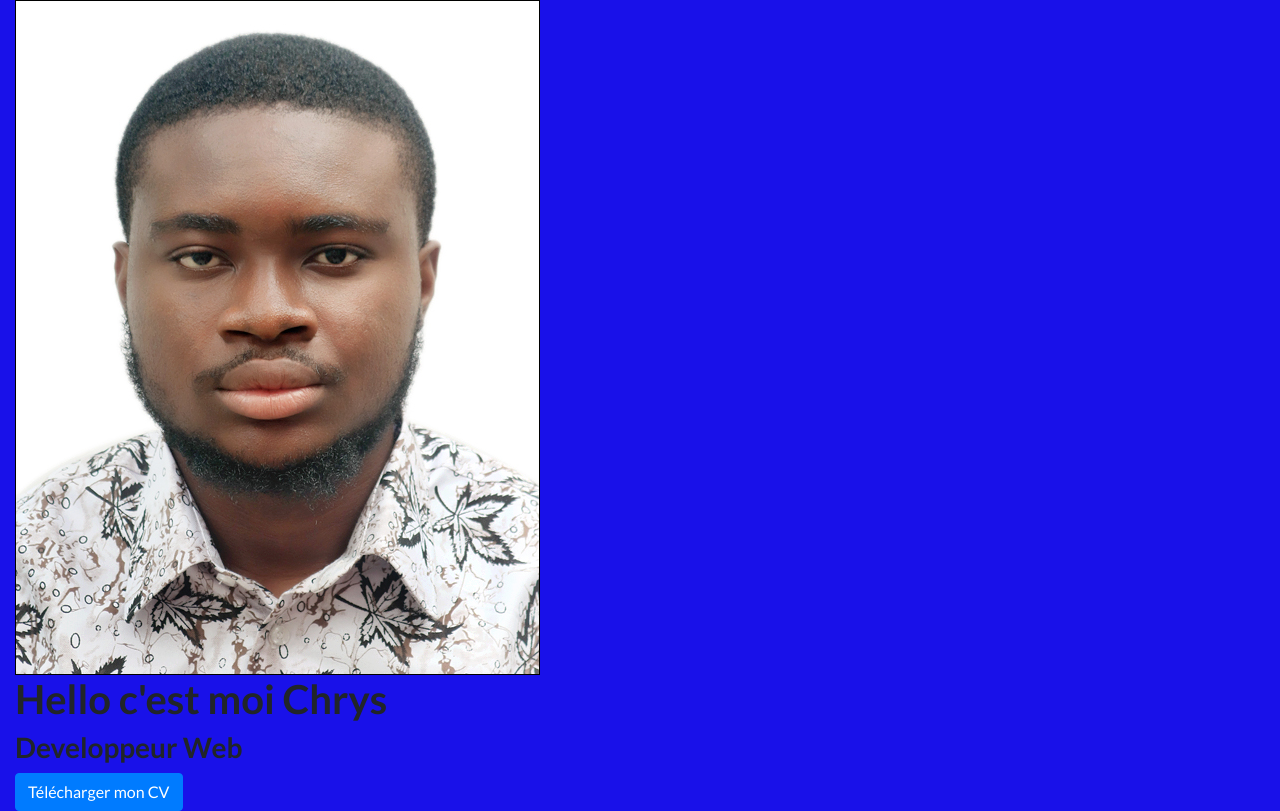
Repository: CHRYSOVR/CV_en_ligne_Interactif
Page: index.html
These files come from the project's save history. The page is drawn as it stood at one moment and after the next save; the edit follows.
The browser window is 1280 px wide. The pictures show the whole page.

Above is the page before, as saved 2025-07-07 14:51:38.
Console error: TypeError: Cannot read properties of undefined (reading 'fn')

After the next save:
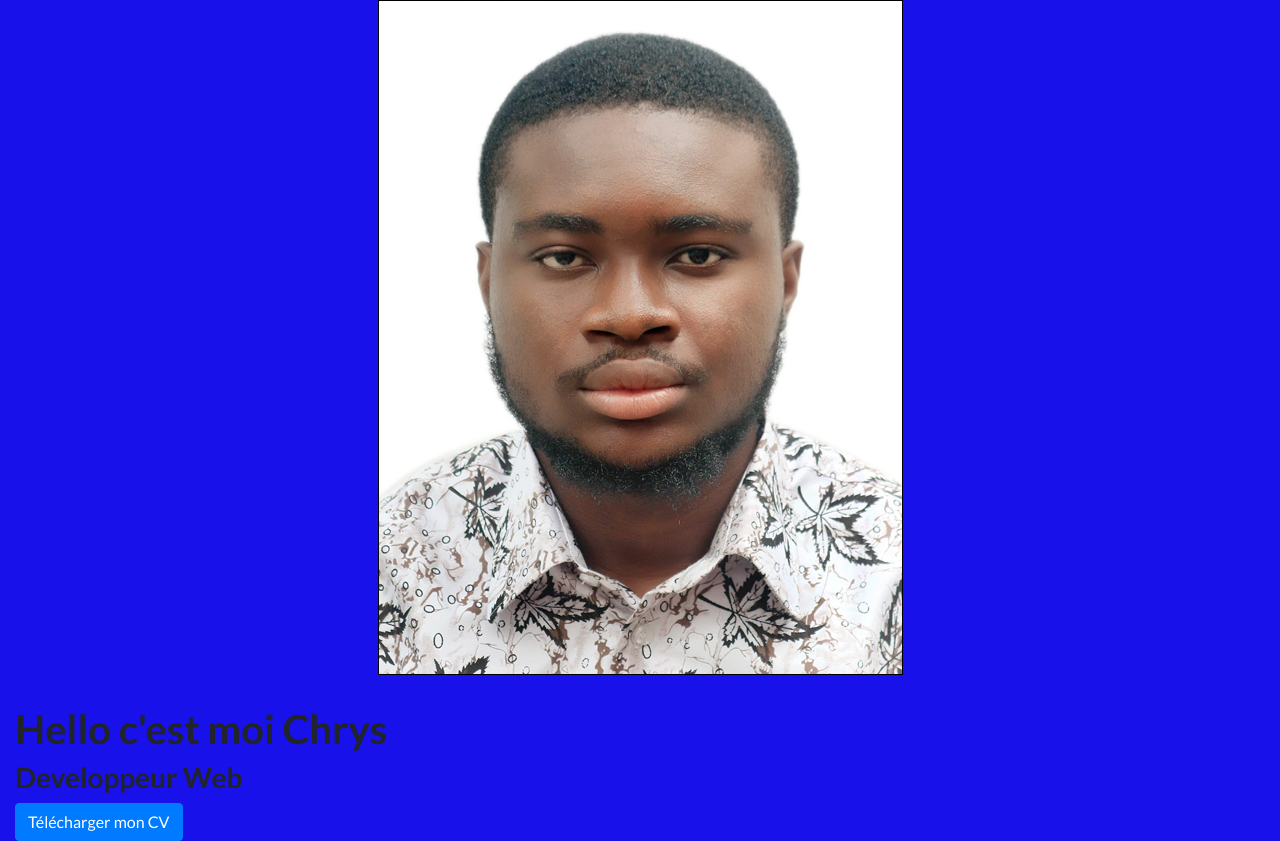
Saved 65 s later.
--- a/css/style.css
+++ b/css/style.css
@@ -12,3 +12,8 @@ h1,h2,h3,h4,h5,h6{
     background-color: #1911e9;
 
 }
+.profile-picture{
+    text-align: center;
+    margin: 0 auto 30px;
+
+}
